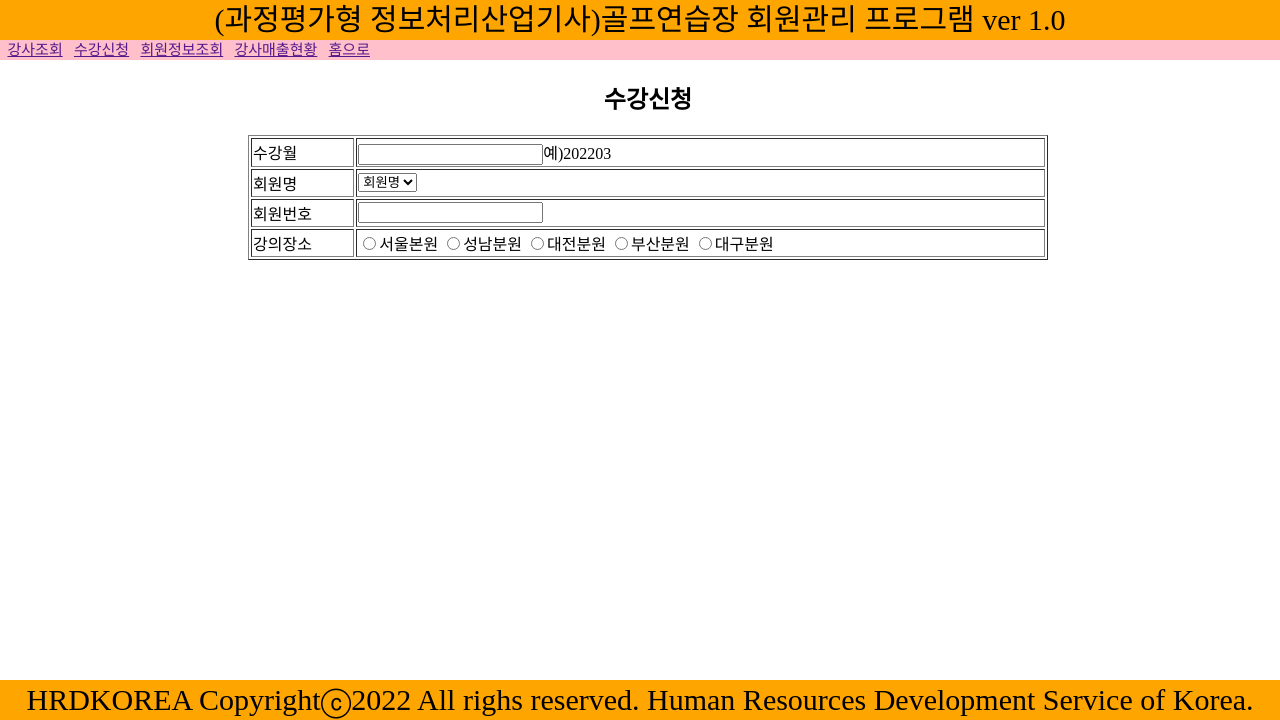
Repository: YeoJeongmo/hrdKorea
Page: http://localhost/HRD_1/insert.jsp
These files come from the project's save history. The page is drawn as it stood at one moment and after the next save; the edit follows.
The browser window is 1280 px wide. The pictures show the whole page.
The page is served by Tomcat 9.

Above is the page before, as saved 2024-09-04 12:15:10.

After the next save:
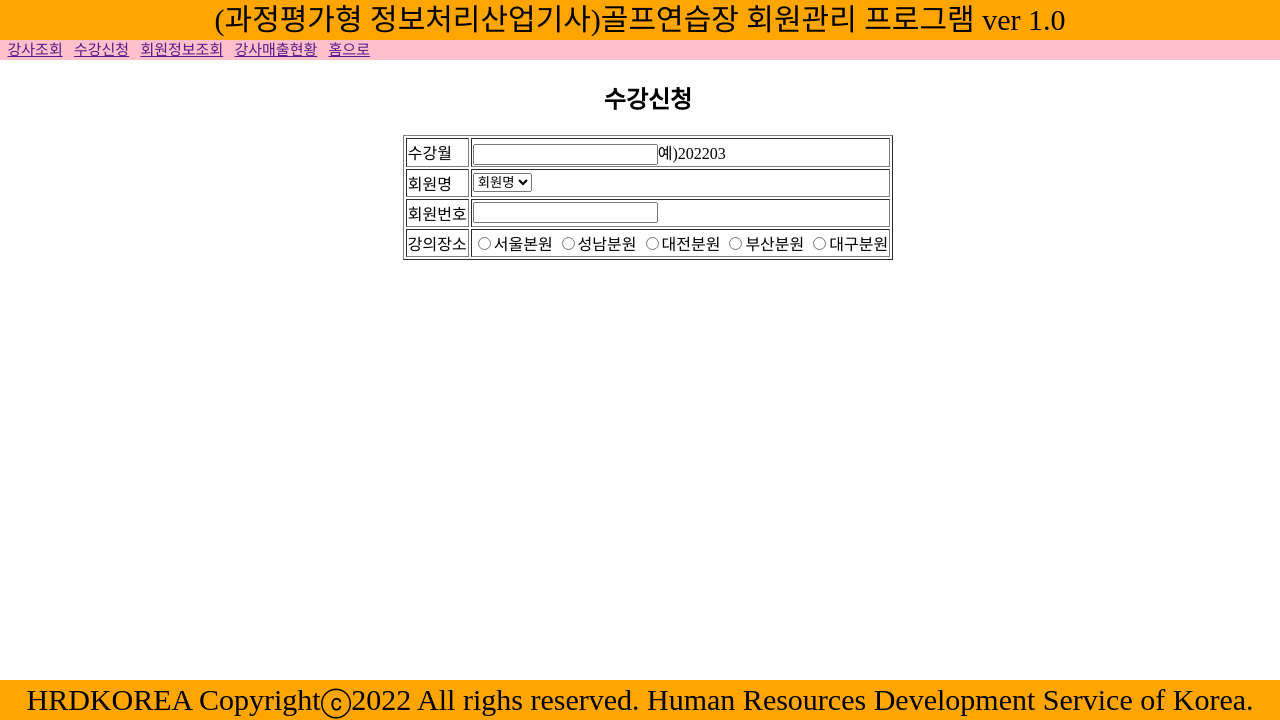
Saved 16 s later.
--- a/cbq_05/workspace/HRD_1/src/main/webapp/insert.jsp
+++ b/cbq_05/workspace/HRD_1/src/main/webapp/insert.jsp
@@ -11,7 +11,7 @@
 <section style="position: fixed; top: 60px; width: 100%;">
 	<h2 style="text-align: center;">수강신청</h2>
 	<form style="display: flex; justify-content: center;">
-	<table border="1" style="width: 800px;">
+	<table border="1">
 		<tr>
 			<td> 수강월 </td>
 			<td> <input type="text" name="resist_month">예)202203 </td>
